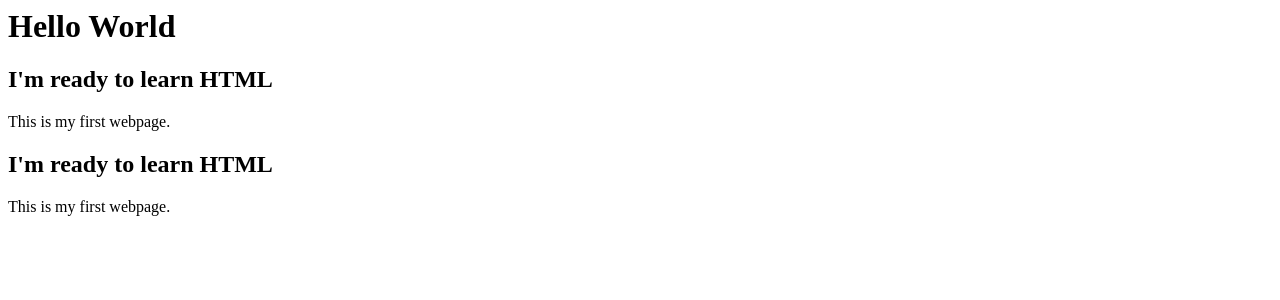
Repository: AmiaFischer/Boba
Page: index.html
The author's editor kept a copy of each file at every save. The page is drawn from the files as they stood at one save, then again after the next save.
The browser window is 1280 px wide. The pictures show the whole page.

Above is the page before, as saved 2024-10-14 00:37:57.

After the next save:
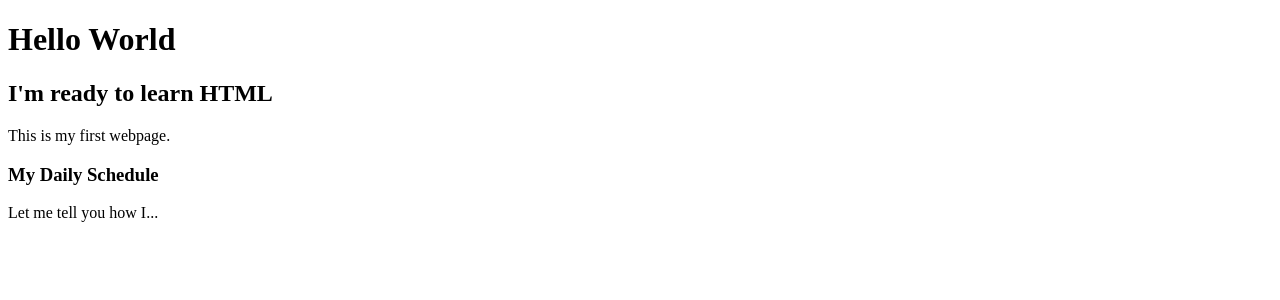
Saved 82 s later.
--- a/index.html
+++ b/index.html
@@ -1,4 +1,5 @@
-<html>
+<!DOCTYPE html>
+<html lang="en">
     <head>
         <meta name="author" content="Amia Fischer">
         <meta name="description" content="This page contains all the things I am learning how to create as I learn HTML">
@@ -12,8 +13,8 @@
         <h2>I'm ready to learn HTML</h2>
         <p>This is my first webpage.</p>
 
-        <h2>I'm ready to learn HTML</h2>
-        <p>This is my first webpage.</p>
+        <h3>My Daily Schedule</h3>
+        <p>Let me tell you how I...</p>
     </body>
 
 </html>
